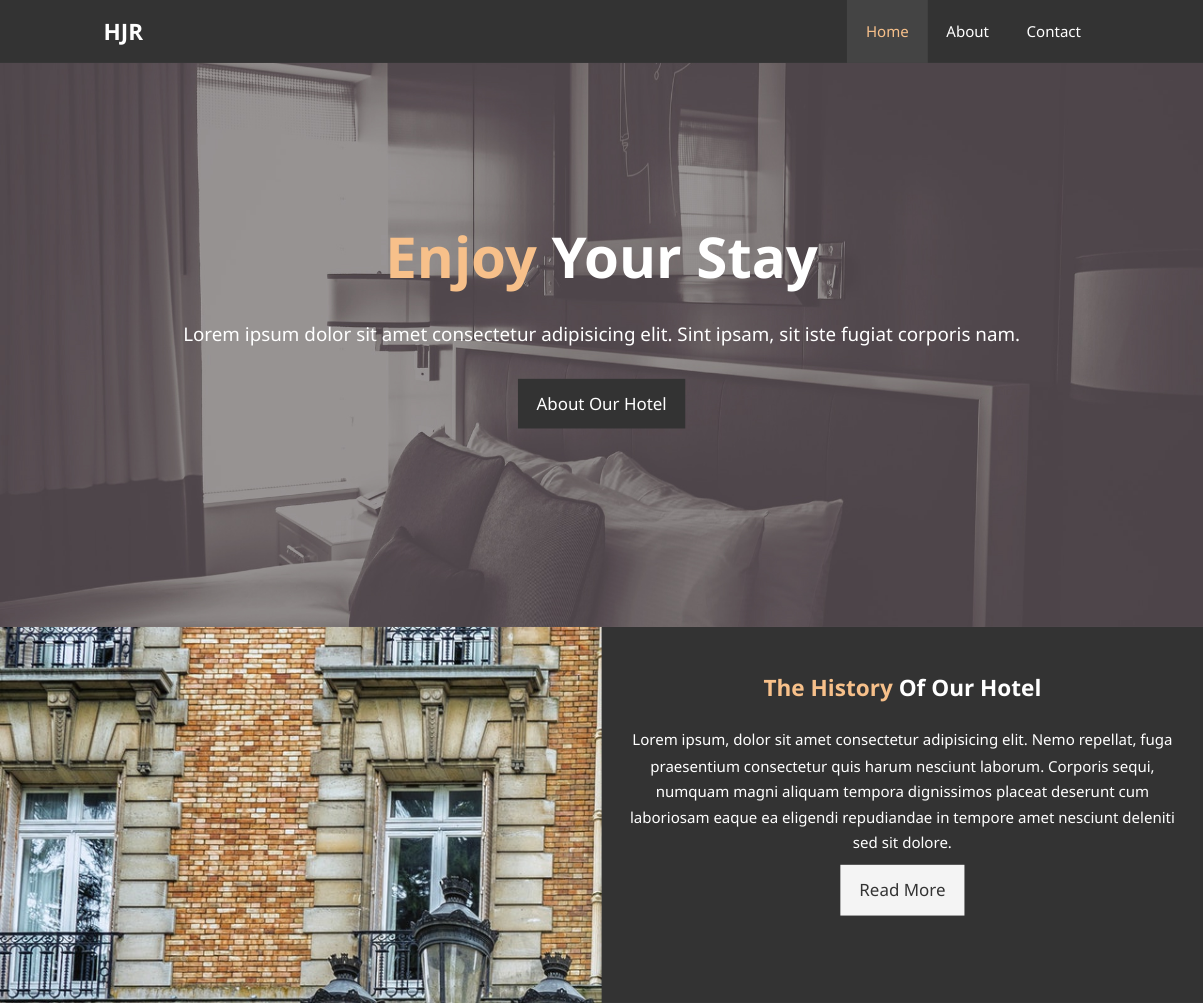
Repository: dimlutine/Hotel-Project
Page: index.html
An editor plug-in stored every save of this project. The page is shown before and after the next save, followed by the edit.
The browser window is 1280 px wide. The pictures show the whole page, at 94% of full size.

Above is the page before, as saved 2019-07-05 22:18:54.

### index.html
<!DOCTYPE html>
<html lang="en">

<head>
    <meta charset="UTF-8">
    <meta name="viewport" content="width=device-width, initial-scale=1.0">
    <meta http-equiv="X-UA-Compatible" content="ie=edge">
    <meta name="description" content="Welcome to the neatest hotel in Durham, North Carolina!">
    <meta name="keywords" content="hotel,durham hotel, north carolina hotel, rdu hotel">
    <link rel="stylesheet" href="css/style.css">
    <title>Hotel JR | Durham Hotel</title>
</head>

<body>
    <header>
        <nav id="navbar">
            <div class="container">
                <h1 class="logo"><a href="index.html">HJR</a></h1>
                <ul>
                    <li><a class="current" href="index.html">Home</a></li>
                    <li><a href="about.html">About</a></li>
                    <li><a href="contact.html">Contact</a></li>
                </ul>
            </div>

        </nav>
        <div id="showcase">
            <div class="container">
                <div class="showcase-content">
                    <h1>
                        <span class="text-primary">Enjoy</span> Your Stay
                    </h1>
                    <p class="lead">Lorem ipsum dolor sit amet consectetur adipisicing elit. Sint ipsam, sit iste fugiat corporis nam.</p>
                    <a class="btn" href="about.html">About Our Hotel</a>
                </div>
            </div>
        </div>
    </header>

    <section id="home-info" class="bg-dark">
        <div class="info-img"></div>
        <div class="info-content">
            <h2><span class="text-primary">The History </span>Of Our Hotel</h2>
            <p>Lorem ipsum, dolor sit amet consectetur adipisicing elit. Nemo repellat, fuga praesentium consectetur quis harum nesciunt laborum. Corporis sequi, numquam magni aliquam tempora dignissimos placeat deserunt cum laboriosam eaque ea eligendi
                repudiandae in tempore amet nesciunt deleniti sed sit dolore.</p>
            <a href="about.html" class="btn btn-light">Read More</a>
        </div>
    </section>
</body>

</html>

### css/style.css
* {
    padding: 0;
    margin: 0;
    box-sizing: border-box;
}

html,
body {
    font-family: 'Segoe UI', 'Segoe UI', Tahoma, Geneva, Verdana, sans-serif;
    line-height: 1.7em;
}

a {
    color: #333;
    text-decoration: none;
}

h1,
h2,
h3 {
    padding-bottom: 20px;
}

p {
    margin: 10px 0;
}


/* Utilities */

.container {
    margin: auto;
    max-width: 1100px;
    overflow: auto;
    padding: 0 20px;
}

.text-primary {
    color: #f7c08a;
}

.lead {
    font-size: 20px;
}

.btn {
    display: inline-block;
    font-size: 18px;
    color: #fff;
    background: #333;
    padding: 13px 20px;
    border: none;
    cursor: pointer;
}

.btn:hover {
    background: #f7c08a;
    color: #333;
}

.btn-light {
    background: #f4f4f4;
    color: #333;
}

.bg-dark {
    background: #333;
    color: #fff;
}

.bg-light {
    background: #f4f4f4;
    color: #333;
}

.bg-primary {
    background: #333;
    color: #f7c08a;
}

#navbar {
    background: #333;
    color: #fff;
    overflow: auto;
}

#navbar a {
    color: #fff;
}

#navbar h1 {
    float: left;
    padding-top: 20px;
}

#navbar ul {
    float: right;
    list-style: none;
}

#navbar ul li {
    float: left;
}

#navbar ul li a {
    display: block;
    padding: 20px;
    text-align: center;
}

#navbar ul li a:hover,
#navbar ul li a.current {
    background: #444;
    color: #f7c08a;
}


/* Showcase */

#showcase {
    background: url('../img/showcase.jpg') no-repeat center center/cover;
    height: 600px;
}

#showcase .showcase-content {
    color: #fff;
    text-align: center;
    padding-top: 170px;
}

#showcase .showcase-content h1 {
    font-size: 60px;
    line-height: 1.2em;
}

#showcase .showcase-content p {
    padding-bottom: 20px;
    line-height: 1.7em;
}


/* Home Info */

#home-info {
    height: 400px;
}

#home-info .info-img {
    float: left;
    width: 50%;
    background: url('../img/photo-1.jpg') no-repeat;
    min-height: 100%;
}

#home-info .info-content {
    float: right;
    width: 50%;
    height: 100%;
    text-align: center;
    padding: 50px 30px;
    overflow: hidden;
}

After the next save:
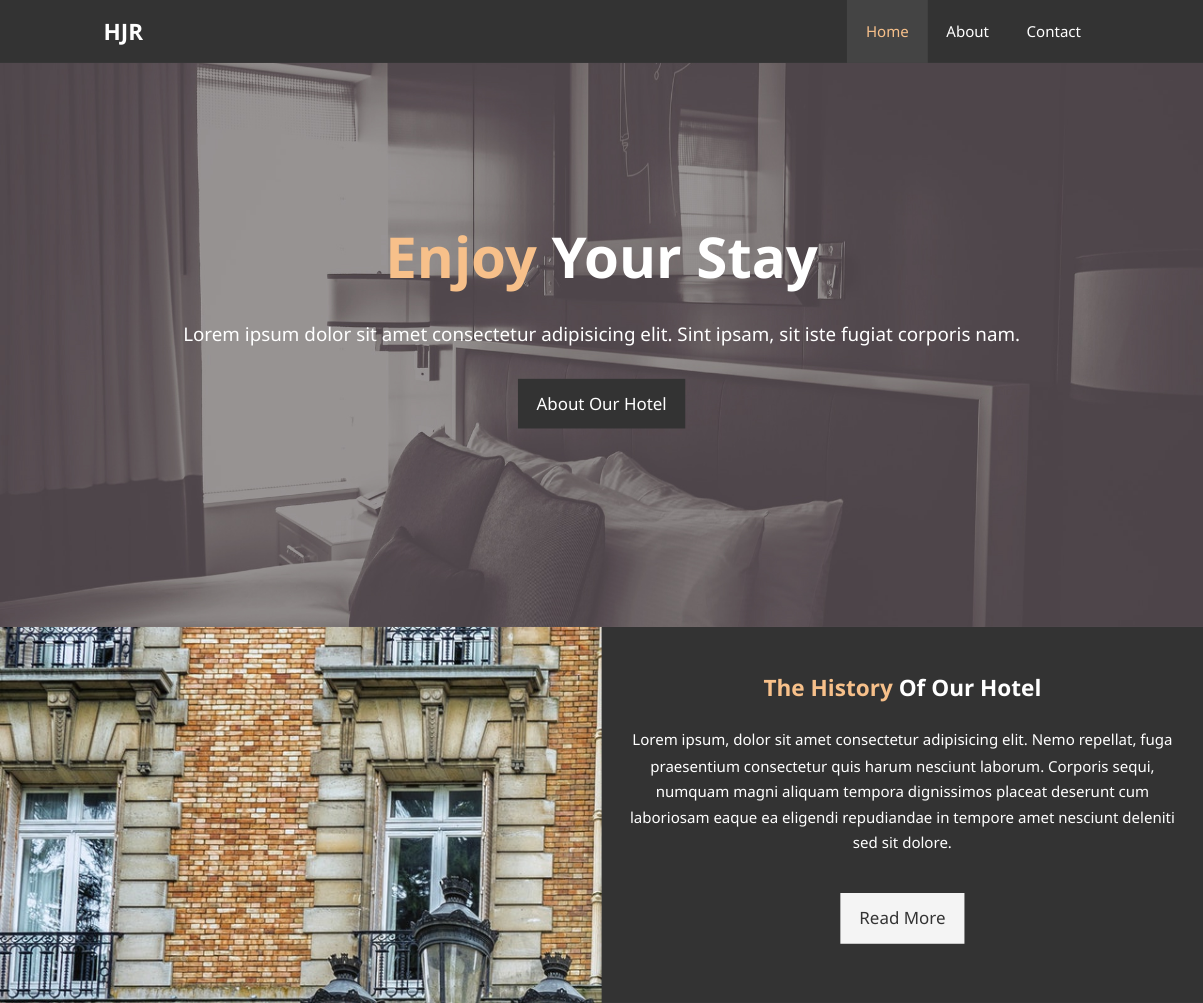
Saved 34 s later.
--- a/css/style.css
+++ b/css/style.css
@@ -160,3 +160,7 @@ p {
     padding: 50px 30px;
     overflow: hidden;
 }
+
+#home-info .info-content p {
+    padding-bottom: 30px;
+}
